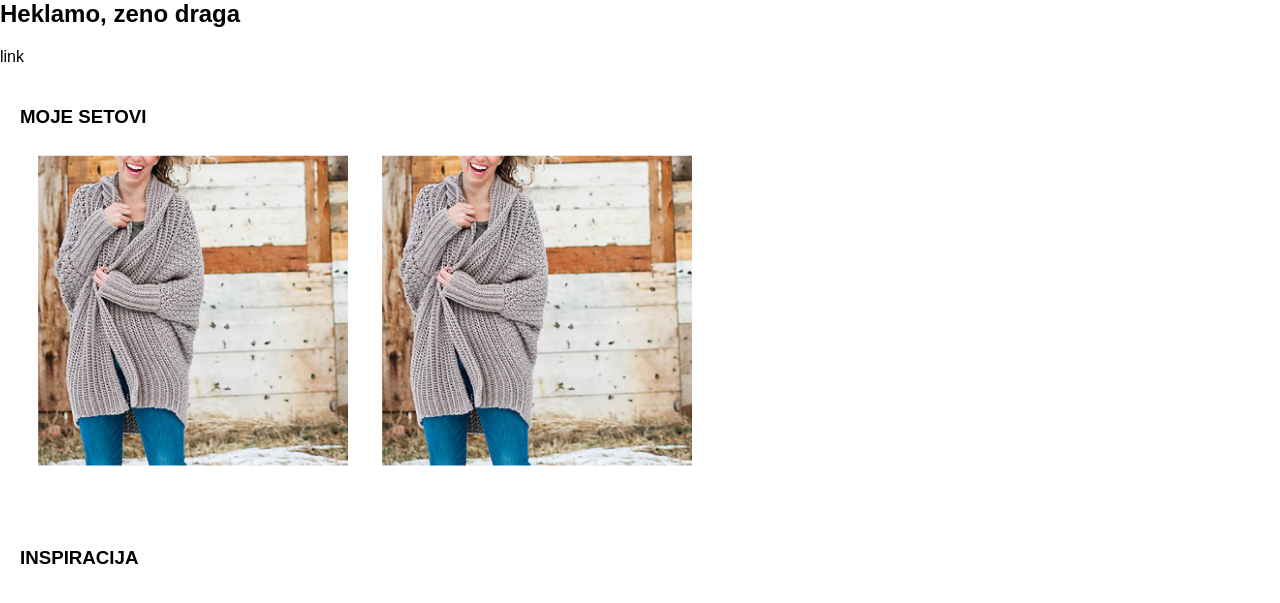
Repository: sdnc/Heklamo
Page: index.html
An editor plug-in stored every save of this project. The page is shown before and after the next save, followed by the edit.
The browser window is 1280 px wide. The pictures show the whole page.

Above is the page before, as saved 2020-12-24 13:07:48.

After the next save:
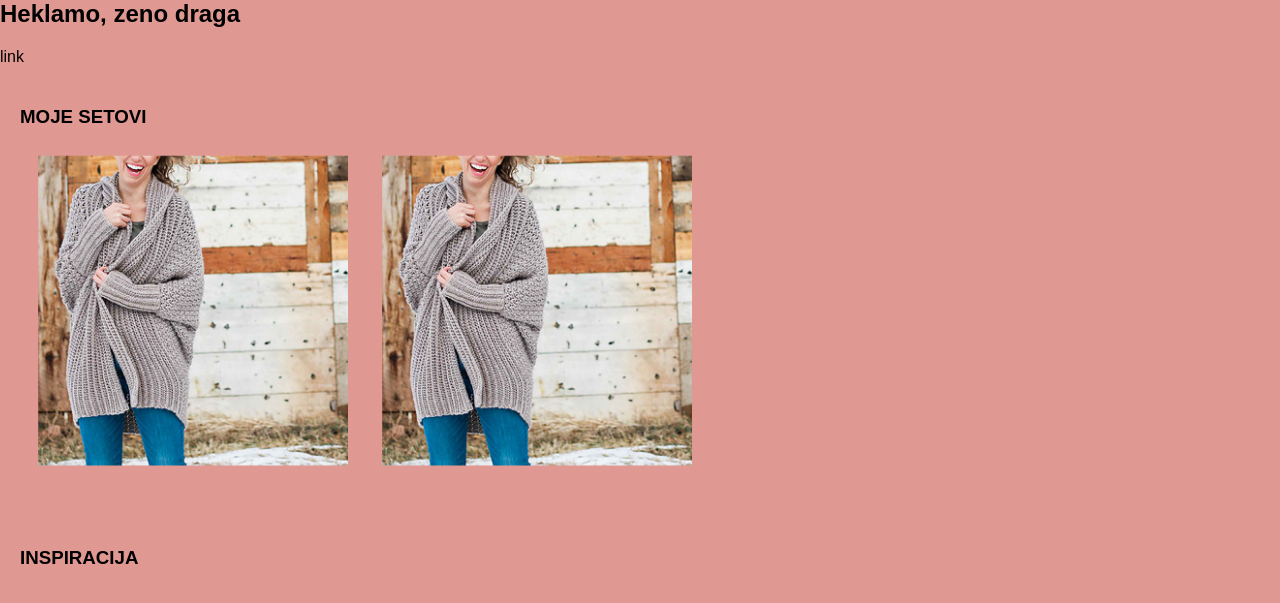
Saved 5 min 59 s later.
--- a/styles.css
+++ b/styles.css
@@ -2,6 +2,7 @@ body {
   margin: 0;
   padding: 0;
   font-family: sans-serif;
+  background-color: #e09992;
 }
 
 .divider {
